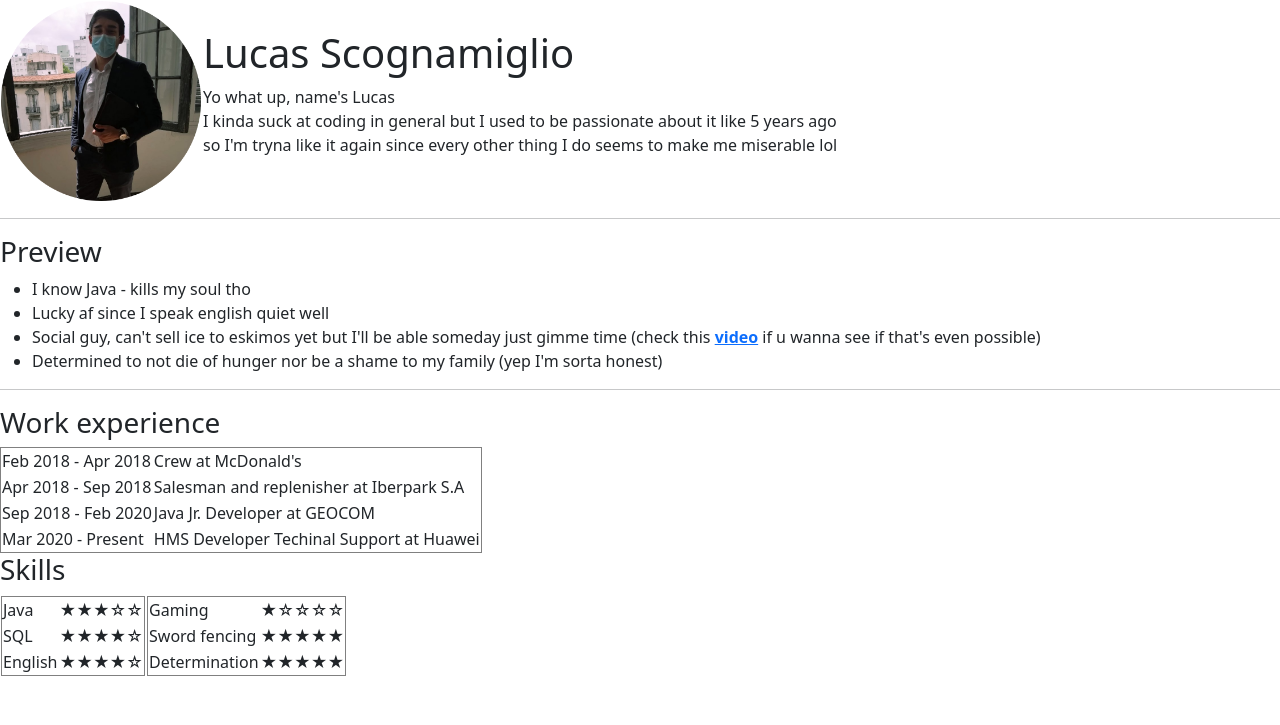
Repository: ScoggoDev/DesarrolloWeb
Page: tarea en equipo 1/cv.html
These files come from the project's save history. The page is drawn as it stood at one moment and after the next save; the edit follows.
The browser window is 1280 px wide. The pictures show the whole page.

Above is the page before, as saved 2021-07-07 21:26:34.

After the next save:
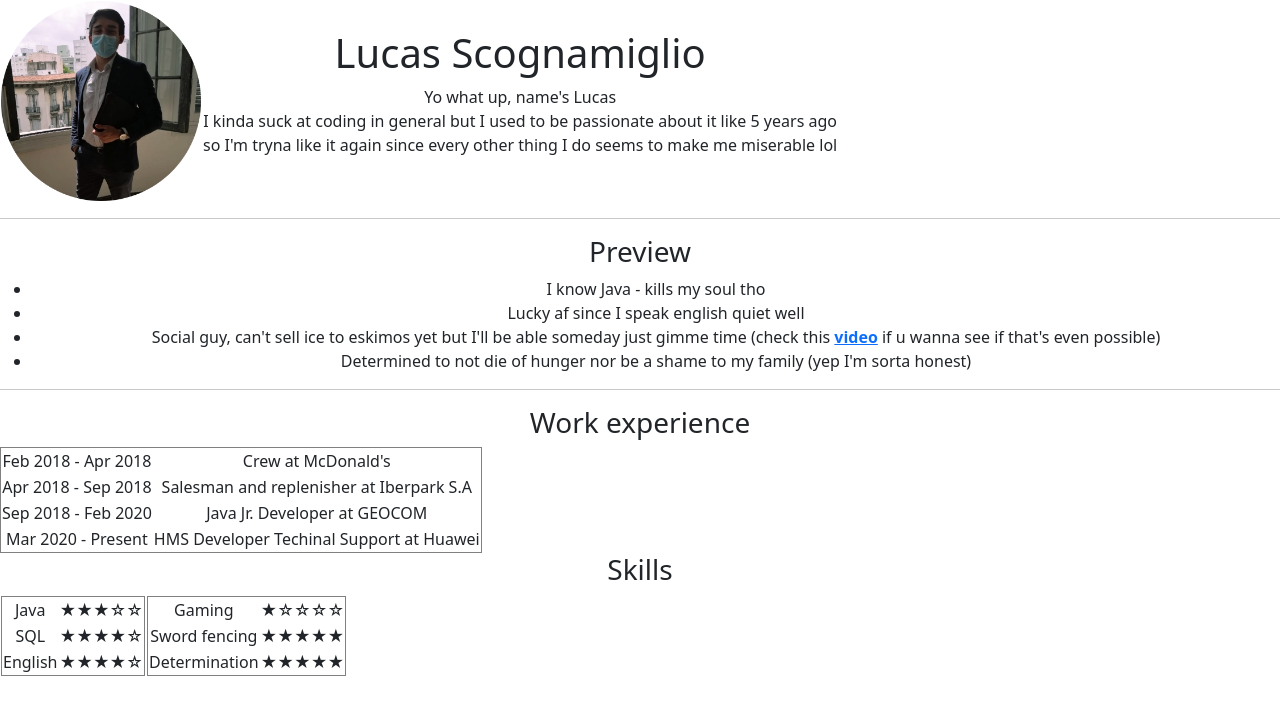
Saved 42 s later.
--- a/tarea en equipo 1/cv.html
+++ b/tarea en equipo 1/cv.html
@@ -6,7 +6,7 @@
     <link href="https://cdn.jsdelivr.net/npm/bootstrap@5.0.2/dist/css/bootstrap.min.css" rel="stylesheet" integrity="sha384-EVSTQN3/azprG1Anm3QDgpJLIm9Nao0Yz1ztcQTwFspd3yD65VohhpuuCOmLASjC" crossorigin="anonymous">
     <script src="https://cdn.jsdelivr.net/npm/bootstrap@5.0.2/dist/js/bootstrap.bundle.min.js" integrity="sha384-MrcW6ZMFYlzcLA8Nl+NtUVF0sA7MsXsP1UyJoMp4YLEuNSfAP+JcXn/tWtIaxVXM" crossorigin="anonymous"></script>
   </head>
-  <body>
+  <body style="text-align: center;">
     <table cellspacing = "20">
       <td><img src="circle-cropped.png" alt="Lucas Scognamiglio" width="200" height="200"></td>
       <td>    <h1>Lucas Scognamiglio</h1>

After the save that followed:
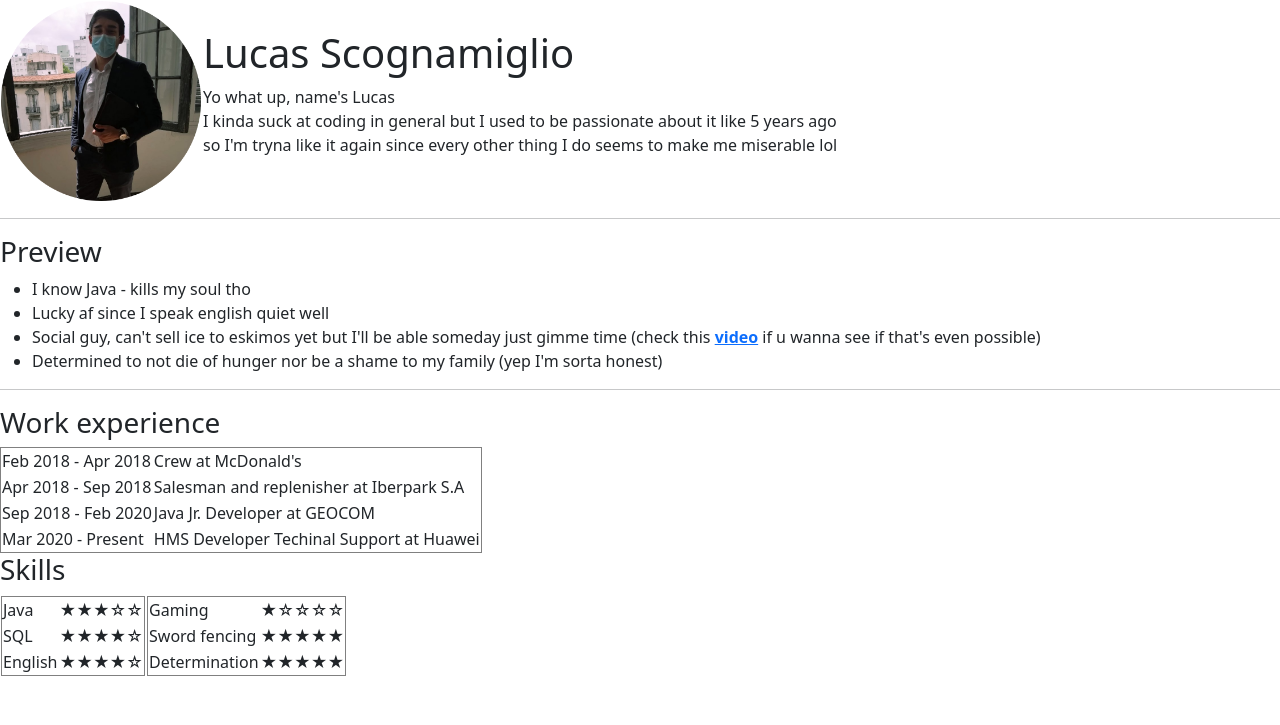
Saved 19 s later.
--- a/tarea en equipo 1/cv.html
+++ b/tarea en equipo 1/cv.html
@@ -6,7 +6,7 @@
     <link href="https://cdn.jsdelivr.net/npm/bootstrap@5.0.2/dist/css/bootstrap.min.css" rel="stylesheet" integrity="sha384-EVSTQN3/azprG1Anm3QDgpJLIm9Nao0Yz1ztcQTwFspd3yD65VohhpuuCOmLASjC" crossorigin="anonymous">
     <script src="https://cdn.jsdelivr.net/npm/bootstrap@5.0.2/dist/js/bootstrap.bundle.min.js" integrity="sha384-MrcW6ZMFYlzcLA8Nl+NtUVF0sA7MsXsP1UyJoMp4YLEuNSfAP+JcXn/tWtIaxVXM" crossorigin="anonymous"></script>
   </head>
-  <body style="text-align: center;">
+  <body>
     <table cellspacing = "20">
       <td><img src="circle-cropped.png" alt="Lucas Scognamiglio" width="200" height="200"></td>
       <td>    <h1>Lucas Scognamiglio</h1>
